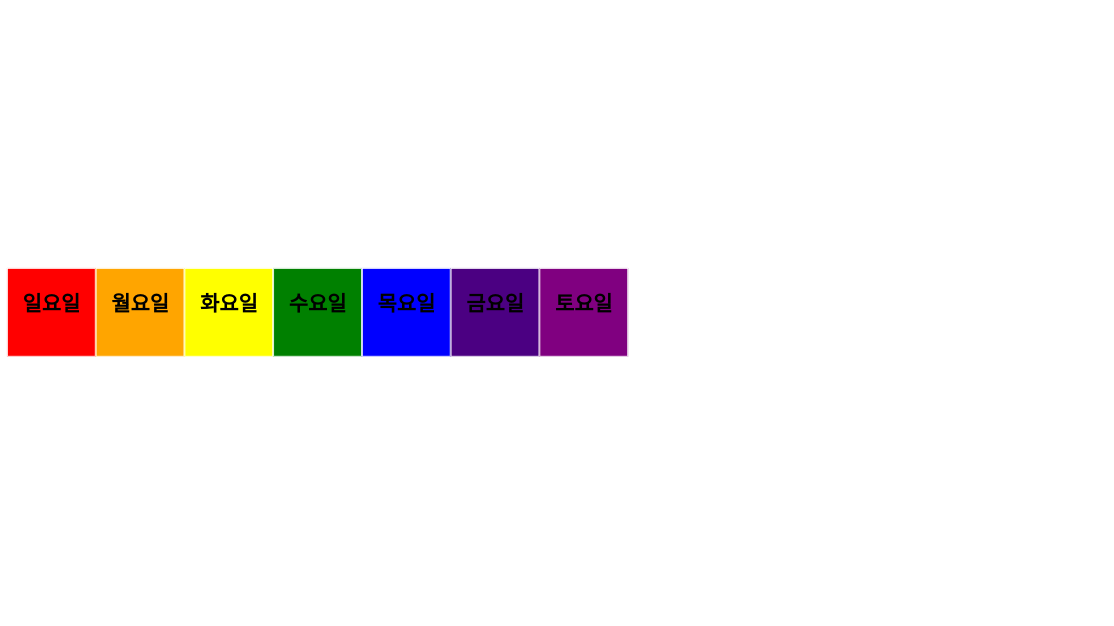
Repository: skim24245/web_workspace_src
Page: Lecture-Web/src/main/webapp/Jquery/html05.html
An editor plug-in stored every save of this project. The page is shown before and after the next save, followed by the edit.
The browser window is 1280 px wide. The pictures show the whole page, at 87% of full size.

Above is the page before, as saved 2022-05-30 10:08:52.

After the next save:
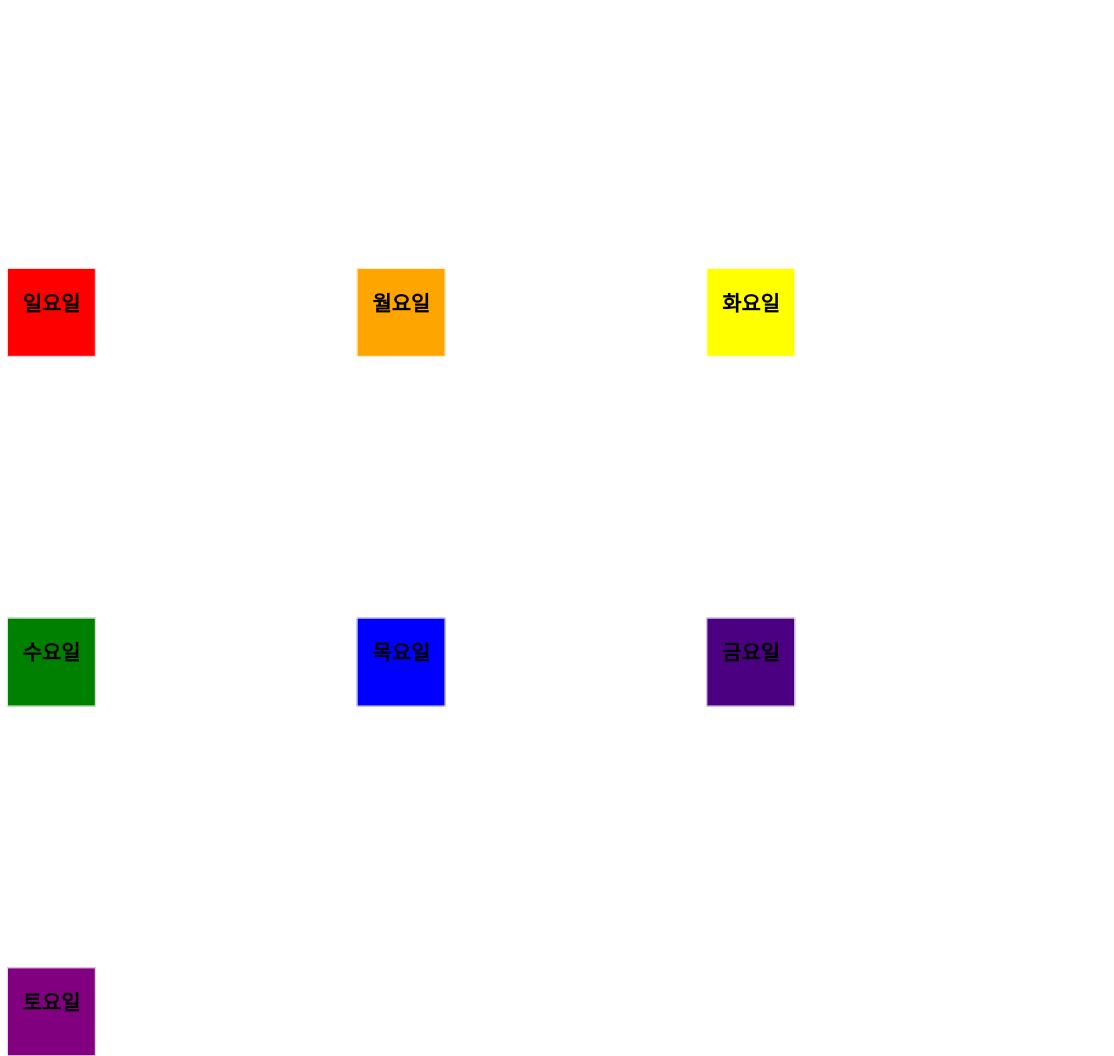
Saved 11 s later.
--- a/Lecture-Web/src/main/webapp/Jquery/html05.html
+++ b/Lecture-Web/src/main/webapp/Jquery/html05.html
@@ -14,6 +14,7 @@
 	align-content: center;
 	border: 1px solid white;
 	margin-top: 300px;
+	margin-right:300px;
 }
 
 h2 {

After the save that followed:
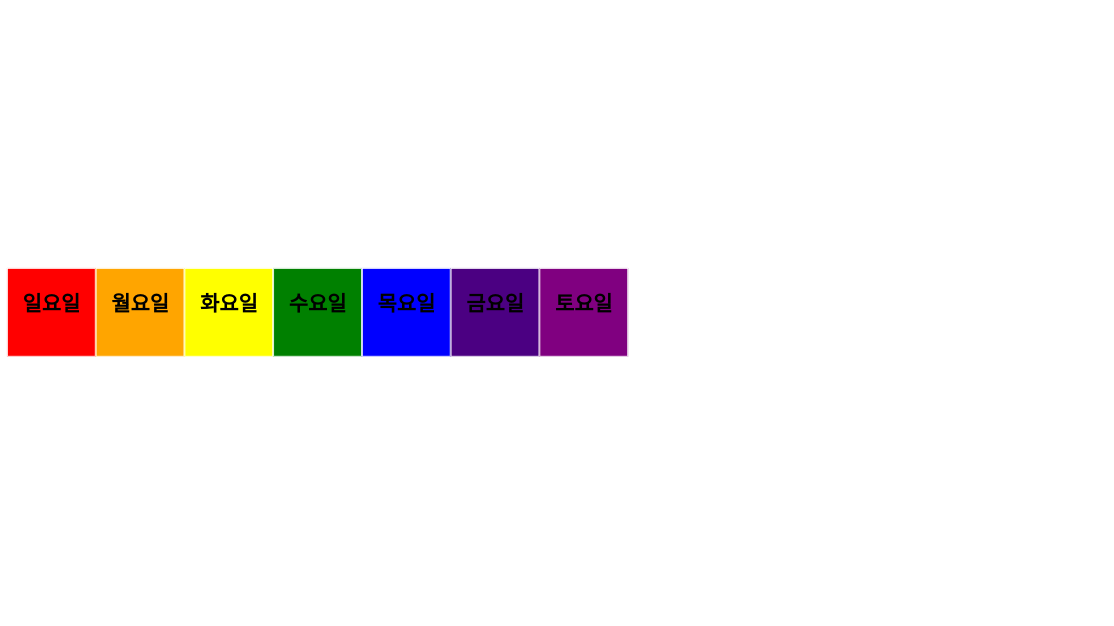
Saved 11 s later.
--- a/Lecture-Web/src/main/webapp/Jquery/html05.html
+++ b/Lecture-Web/src/main/webapp/Jquery/html05.html
@@ -14,7 +14,6 @@
 	align-content: center;
 	border: 1px solid white;
 	margin-top: 300px;
-	margin-right:300px;
 }
 
 h2 {
